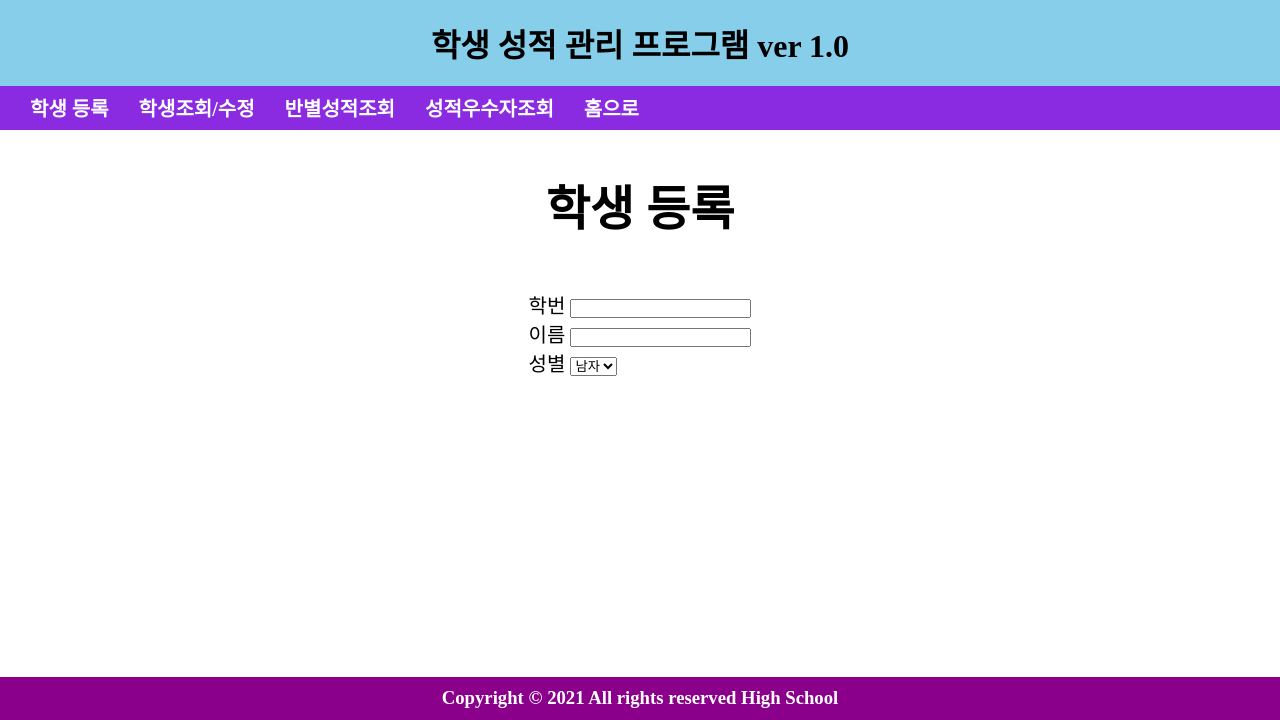
Repository: balhyo-younjisang/DigitechJSP
Page: http://localhost/Student/register.jsp
These files come from the project's save history. The page is drawn as it stood at one moment and after the next save; the edit follows.
The browser window is 1280 px wide. The pictures show the whole page.
The page is served by Tomcat 9. Other server files are loaded and not shown.

Above is the page before, as saved 2025-04-15 23:54:37.

### pizza0403/Student/src/main/webapp/register.jsp
<%@ page language="java" contentType="text/html; charset=UTF-8"
    pageEncoding="UTF-8"%>
<!DOCTYPE html>
<html>
<head>
<meta charset="UTF-8">
<title>학생 성적 관리 프로그램 ver 1.0</title>
<link rel="stylesheet" href="./css/style.css">
</head>
<body>
	<%@ include file="./component/header.jsp" %>
	<main>
		<section class="title">
			<h2>학생 등록</h2>
		</section>
		<section class="content">
			<form onsubmit="return check()" action="register_action.jsp" method="post">
				<div>
					<label>학번</label>
					<input type="text" name="id">
				</div>
				<div>
					<label>이름</label>
					<input type="text" name="name">
				</div>
				<div>
					<label>성별</label>
					<select name="gender">
						<option value="1">남자</option>
						<option value="2">여자</option>
					</select>
				</div>
			</form>
		</section>
	</main>
	<%@ include file="./component/footer.jsp" %>
</body>
</html>

### pizza0403/Student/src/main/webapp/component/header.jsp
<%@ page language="java" contentType="text/html; charset=UTF-8"
    pageEncoding="UTF-8"%>
<header>
	<div>
		<h1>학생 성적 관리 프로그램 ver 1.0</h1>
	</div>
	<nav>
		<ul class="gnb">
			<li><a href="register.jsp">학생 등록</a></li>
			<li><a href="select.jsp">학생조회/수정</a></li>
			<li><a href="score.jsp">반별성적조회</a></li>
			<li><a href="good.jsp">성적우수자조회</a></li>
			<li><a href="index.jsp">홈으로</a></li>
		</ul>
	</nav>
</header>

### pizza0403/Student/src/main/webapp/component/footer.jsp
<%@ page language="java" contentType="text/html; charset=UTF-8"
    pageEncoding="UTF-8"%>
<footer>
	<h3>Copyright &copy; 2021 All rights reserved High School</h3>
</footer>

### pizza0403/Student/src/main/webapp/css/style.css
@charset "UTF-8";

* {
	margin: 0;
	padding: 0;
	box-sizing: border-box;
}

a {
	text-decoration: none;
	color: inherit;
}

ul, li {
	list-style: none;
}

header {
	width: 100vw;
	height: 18vh;
}

header div {
	width: 100%;
	height: 12vh;
	display: flex;
	align-items: center;
	justify-content: center;
	background-color: skyblue;
}

header .gnb {
	display: flex;
	gap: 30px;
	padding-left: 30px;
	align-items: center;
	height: 6vh;
	width: 100vw;
	background-color: blueviolet;
}

header .gnb a {
	color: white;
	font-size: 20px;
	font-weight: bold;
}

main {
	height: calc(100vh - 18vh - 6vh);
	width: 100vw;
}

main .title {
	text-align: center;
	font-size: 32px;
	line-height: 160px;
}

main .content {
	font-size: 20px;
	width: 100%;
	display: flex;
	align-items: center;
	justify-content: center;
}

footer {
	width: 100vw;
	height: 6vh;
	background-color: darkmagenta;
	color: white;
	position: fixed;
	display: flex;
	bottom: 0;
	left: 0;
	align-items: center;
	justify-content: center;
}

After the next save:
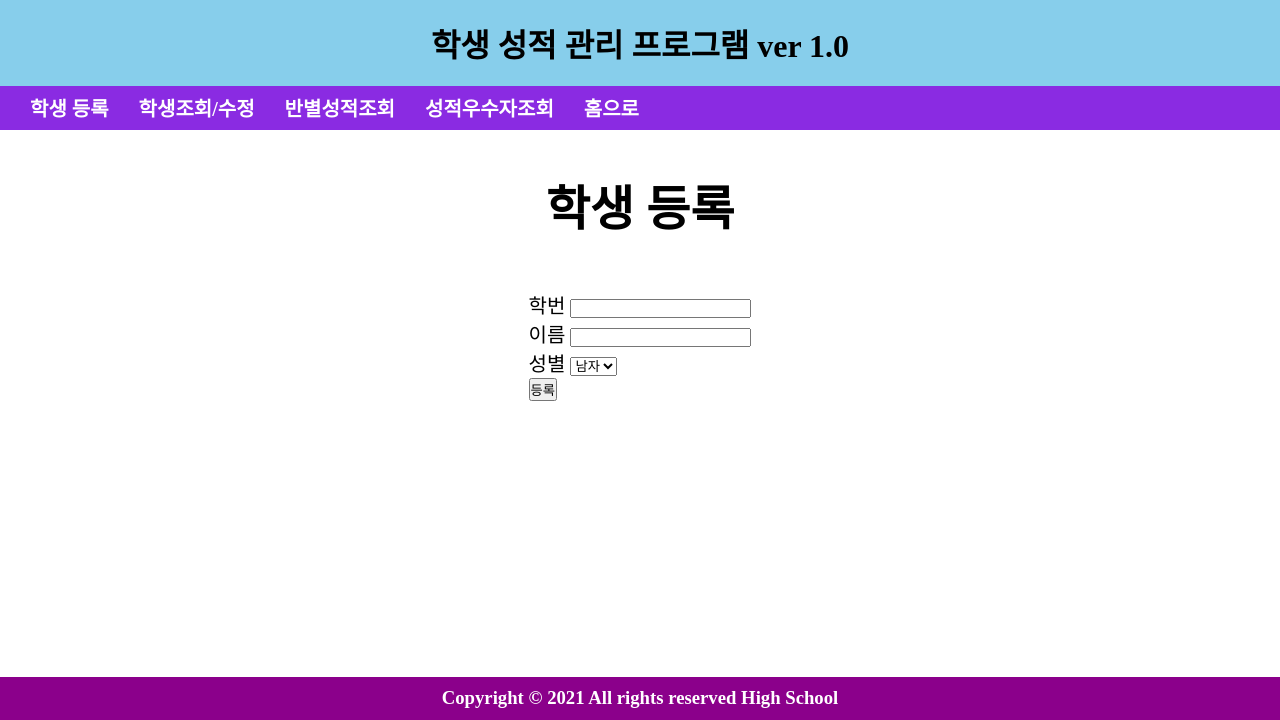
Saved 21 s later.
--- a/pizza0403/Student/src/main/webapp/register.jsp
+++ b/pizza0403/Student/src/main/webapp/register.jsp
@@ -30,6 +30,7 @@
 						<option value="2">여자</option>
 					</select>
 				</div>
+				<button type="submit">등록</button>
 			</form>
 		</section>
 	</main>
